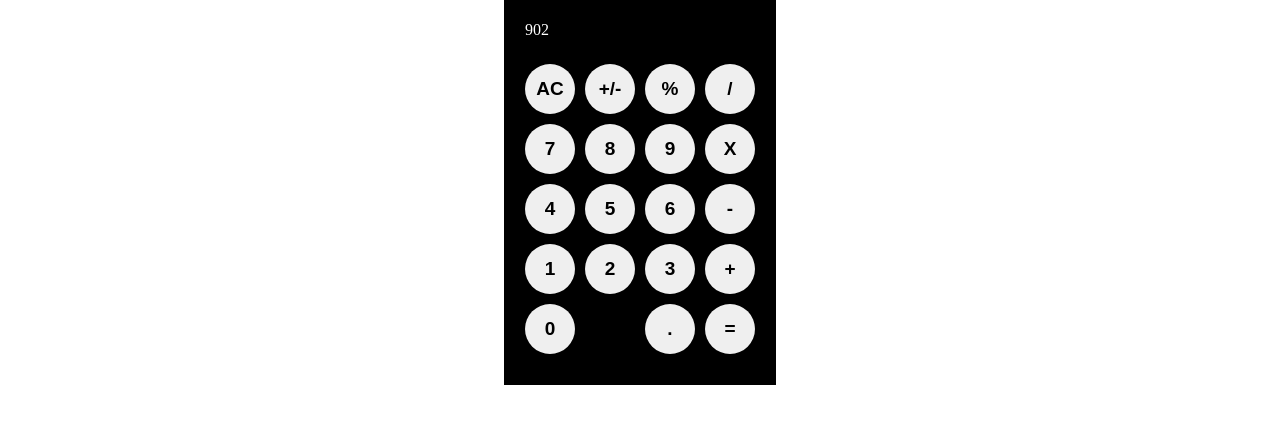
Repository: dmpelaez/calculator
Page: Calculator.html
An editor plug-in stored every save of this project. The page is shown before and after the next save, followed by the edit.
The browser window is 1280 px wide. The pictures show the whole page.

Above is the page before, as saved 2025-12-15 20:02:38.

### Calculator.html
<!DOCTYPE html>

  <html>
    <head>

      <title>Calculator</title>

      <!--CSS-->
      <link rel="stylesheet" href="Calculator.css">

    </head>
    <body>
      <!--Container-->
      <main class="container">

        <!--Sections-->
        <section class="Section">

          <!--Input section-->
          <div class="inputSection">902</div>

          <!--Btns section-->
          <div class="btnSection">
            <button class="btn cancel">AC</button>
            <button class="btn signs">+/-</button>
            <button class="btn rmnder">%</button>
            <button class="btn divide">/</button>
            <button class="btn seven">7</button>
            <button class="btn eight">8</button>
            <button class="btn nine">9</button>
            <button class="btn times">X</button>
            <button class="btn four">4</button>
            <button class="btn five">5</button>
            <button class="btn six">6</button>
            <button class="btn minus">-</button>
            <button class="btn one">1</button>
            <button class="btn two">2</button>
            <button class="btn three">3</button>
            <button class="btn plus">+</button>
            <button class="btn zero">0</button>
            <button class="btn dot">.</button>
            <button class="btn equal">=</button>
          </div>
        </section>


      </main>

      <script src="Calculator.js"></script>
    </body>

  </html>

### Calculator.css
body {
  margin: 0;
  padding: 0;
  box-sizing: border-box;
  display: flex;
  align-items: center;
  justify-content: center;

}

.Section {
display: flex;
flex-direction: column;
border: 1px solid black;

gap: 20px;
background: black;
}
.inputSection {
  color: white;
  padding: 20px;
  padding-bottom: 0px;
}
.btnSection {
  display: grid;
  grid-template-columns: 1fr 1fr 1fr 1fr;
  padding: 20px;
  gap: 10px;
  padding-top: 5px;
}
.btn {
  border: none;
  height: 50px;
  width: 50px;
  border-radius: 50%;
  font-weight: bold;
  Font-size: 19px;
}
.equal {
  grid-column: 4
}
.dot {
  grid-column: 3
}
.zero {
  grid-row: 5 / 2 span;
}

Loaded but not shown: Calculator.js (no stored copy; drawn as an empty file)

After the next save:
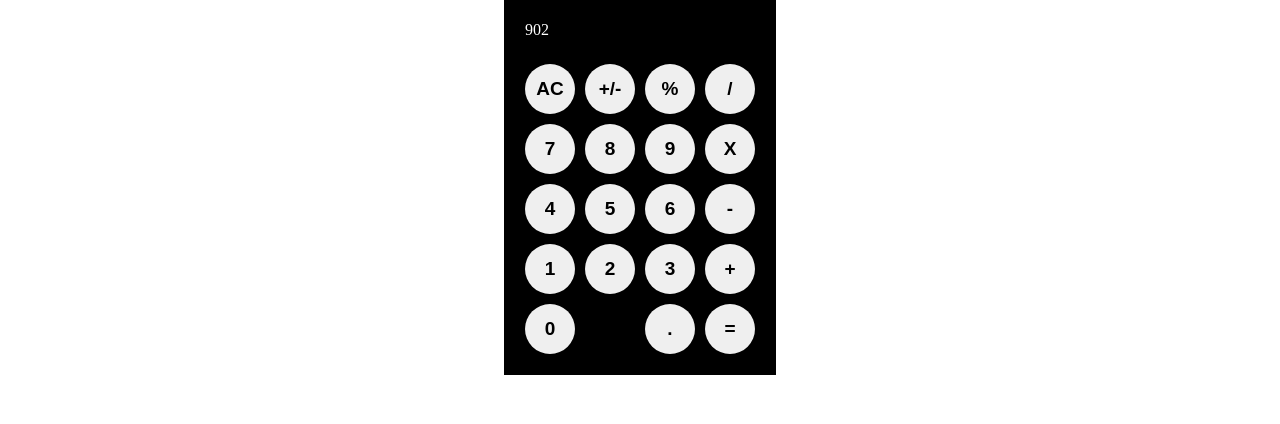
Saved 14 s later.
--- a/Calculator.css
+++ b/Calculator.css
@@ -43,5 +43,5 @@ background: black;
   grid-column: 3
 }
 .zero {
-  grid-row: 5 / 2 span;
+  grid-row: 5
 }
